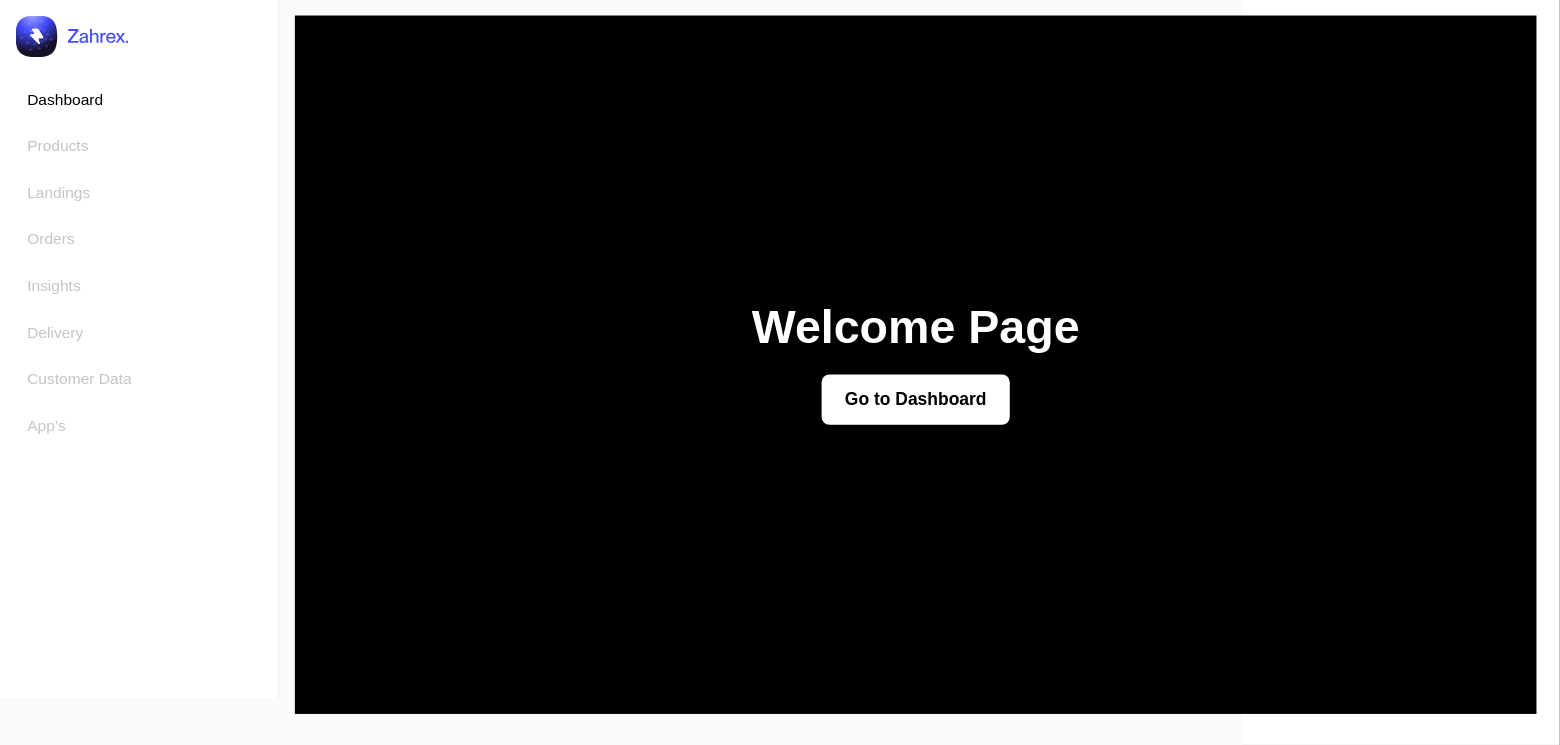
Repository: asba38295-web/zahrex-app
Page: /dashboard
The author's editor kept a copy of each file at every save. The page is drawn from the files as they stood at one save, then again after the next save.
The browser window is 1280 px wide. The page is 1608 px wide, then 1280 px, so the pictures cover 1608 px, including what lies to the right of the window. The pictures show the whole page, at 97% of full size.
The project was rebuilt for these pictures with package versions that can differ from the ones it lists, and the page was loaded fresh each time. The framework's server and built-in components were replaced by stand-ins that run in the browser. Also part of the build but not shown: next.config.mjs.

Above is the page before, as saved 2025-11-28 14:39:51.

### src/app/dashboard/page.jsx
"use client";
import React, { useState } from "react";

import Dashboard from "../../page/Dashboard/Dashboard";

export default function DashboardShell() {
  const [activeTab, setActiveTab] = useState("dashboard");
  const [mobileMenuOpen, setMobileMenuOpen] = useState(false);

  const NAV = [
    { key: "dashboard", label: "Dashboard" },
    { key: "products",  label: "Products" },
    { key: "landings",  label: "Landings" },
    { key: "orders", label: "Orders" },
    { key: "insights",      label: "Insights" },
    { key: "delivery",  label: "Delivery" },
    { key: "customerData",      label: "Customer Data" },
    { key: "apps",   label: "App’s" },

  ];

  return (
    <div className="min-h-screen bg-gray-50 flex">
      {/* Sidebar */}
      <aside
        className={`fixed inset-y-0 left-0 z-30 w-72 bg-white/90 backdrop-blur border-r border-gray-200 p-4 transition-transform md:translate-x-0 ${
          mobileMenuOpen ? "translate-x-0" : "-translate-x-full md:translate-x-0"
        }`}
      >
        <div className="flex items-center justify-between mb-6">
          <div className="flex items-center gap-2">
            <img src="logoz.svg" alt="" />
          </div>
          <button
            onClick={() => setMobileMenuOpen(false)}
            className="md:hidden inline-flex items-center justify-center h-9 w-9 rounded-full border"
            aria-label="Close menu"
          >
            ×
          </button>
        </div>

        <nav className="space-y-2">
          {NAV.map((item) => (
            <button
              key={item.key}
              onClick={() => setActiveTab(item.key)}
              className={`w-full text-[#C4C4C4] text-left px-3 py-2 rounded-xl ${
                activeTab === item.key
                  ? " text-black  border-black"
                  : "hover:bg-gray-100"
              }`}
            >
              {item.label}
            </button>
          ))}
        </nav>
      </aside>


      {/* Main */}
      <main className=" flex-1 md:ml-72 p-4">
        {/* Top bar */}
        <div className="flex items-center justify-between gap-2 mb-4">
          <button
            onClick={() => setMobileMenuOpen(true)}
            className="md:hidden inline-flex items-center justify-center h-10 w-10 rounded-xl border bg-white"
            aria-label="Open menu"
          >
            ☰
          </button>
          <h1 className="text-xl font-semibold">{titleForTab(activeTab)}</h1>
          <div className="hidden md:block" />
        </div>

        {/* 🧩 المحتوى: خاوي دابا — ركب فيه كومبونوناتك من بعد */}
        {/* <EmptyPanel /> */}

        {/*
          🔌 منين تبغي تركّب كومبونونت:
          import OrdersTable from "@/componentsDashboard/orders/OrdersTable";
          ثم بدّل <EmptyPanel /> بـ:
          {activeTab === "orders" && <OrdersTable />}
          وهاكذا لباقي التابات...
        */}
      </main>
    </div>

  );
}

function titleForTab(key) {
  switch (key) {
    case "dashboard": return < Dashboard />;
    case "orders": return "Orders22";
    case "services": return "Services";
    case "closed": return "Closed";
    case "paid": return "Paid";
    case "products": return "Products";
    case "delivery": return "Delivery";
    case "customers": return "Customers";
    case "meta": return "Meta";
    case "whatsapp": return "Whatsapp";
    case "team": return "Team";
    case "finance": return "Finance";
    case "email": return "Email";
  }
}

// function EmptyPanel() {
//   return (
//     <div className="grid place-items-center h-[60vh] rounded-2xl border bg-white text-gray-500">
//       <div className="text-center space-y-2">
//         <div className="text-sm uppercase tracking-wide text-gray-400">Empty</div>
//         <p className="text-base">ركّب الكومبونونت ديالك هنا من بعد.</p>
//       </div>
//     </div>
//   );
// }

### src/page/Dashboard/Dashboard.jsx
"use client";
import React, { useState } from "react";

export default function HomePage() {
  const [showDashboard, setShowDashboard] = useState(false);

  return (
    <div className="h-screen w-screen bg-black text-white flex items-center justify-center p-4">
      {!showDashboard ? (
        <Welcome onStart={() => setShowDashboard(true)} />
      ) : (
        <Dashboard />
      )}
    </div>
  );
}

function Welcome({ onStart }) {
  return (
    <div className="text-center w-full max-w-md">
      <h1 className="text-3xl md:text-5xl font-bold mb-6">
        Welcome Page
      </h1>

      <button
        onClick={onStart}
        className="px-6 py-3 bg-white text-black rounded-lg hover:bg-gray-300 transition text-base md:text-lg w-full md:w-auto"
      >
        Go to Dashboard
      </button>
    </div>
  );
}

function Dashboard() {
  return (
    <div className="text-center w-full max-w-md">
      <h1 className="text-3xl md:text-5xl font-bold">
        Dashboard
      </h1>
    </div>
  );
}

Loaded but not shown: src/app/layout.js (common file); src/app/globals.css (common file)

After the next save:
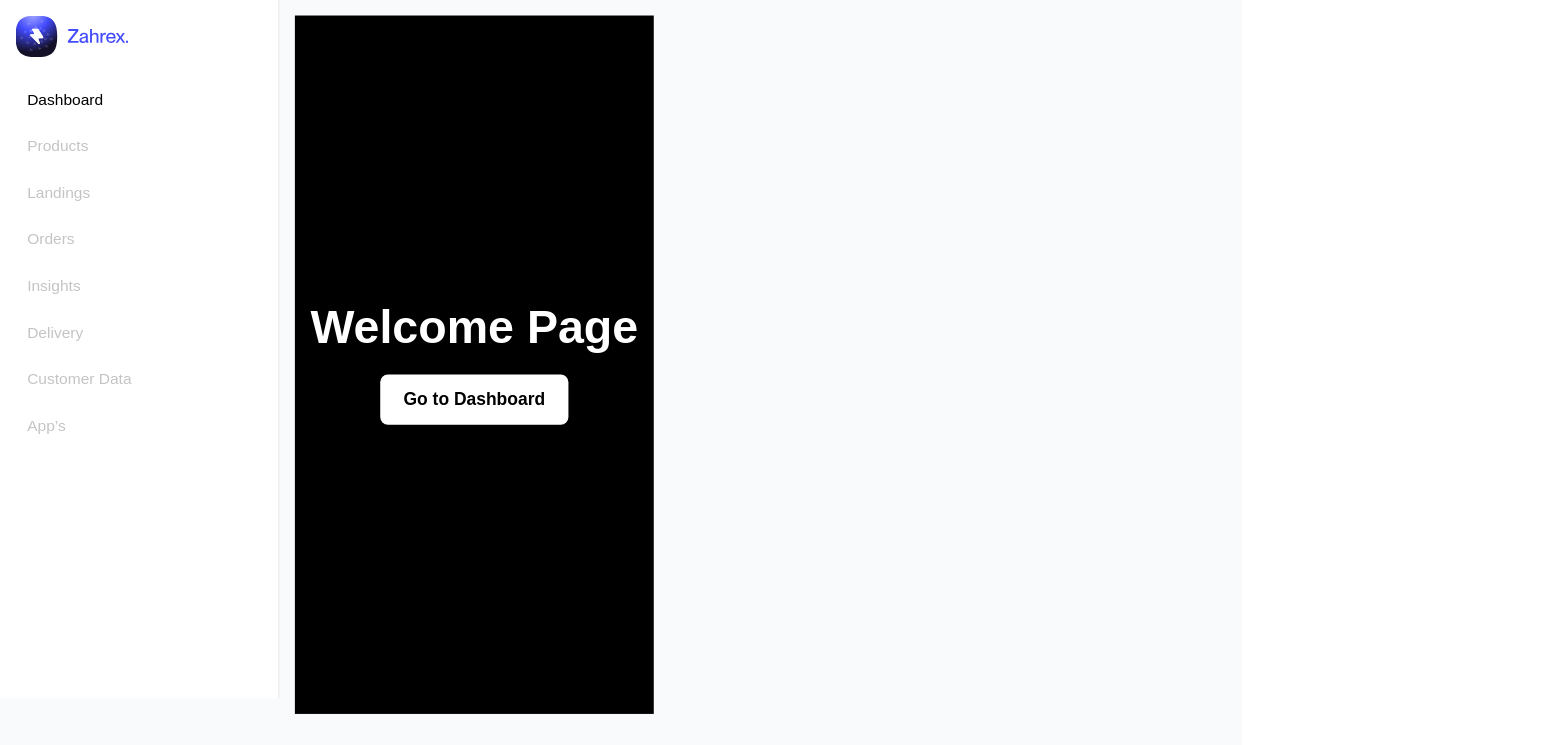
Saved 4 min 28 s later.
--- a/src/page/Dashboard/Dashboard.jsx
+++ b/src/page/Dashboard/Dashboard.jsx
@@ -5,7 +5,7 @@ export default function HomePage() {
   const [showDashboard, setShowDashboard] = useState(false);
 
   return (
-    <div className="h-screen w-screen bg-black text-white flex items-center justify-center p-4">
+    <div className="h-screen w-full bg-black text-white flex items-center justify-center p-4">
       {!showDashboard ? (
         <Welcome onStart={() => setShowDashboard(true)} />
       ) : (
